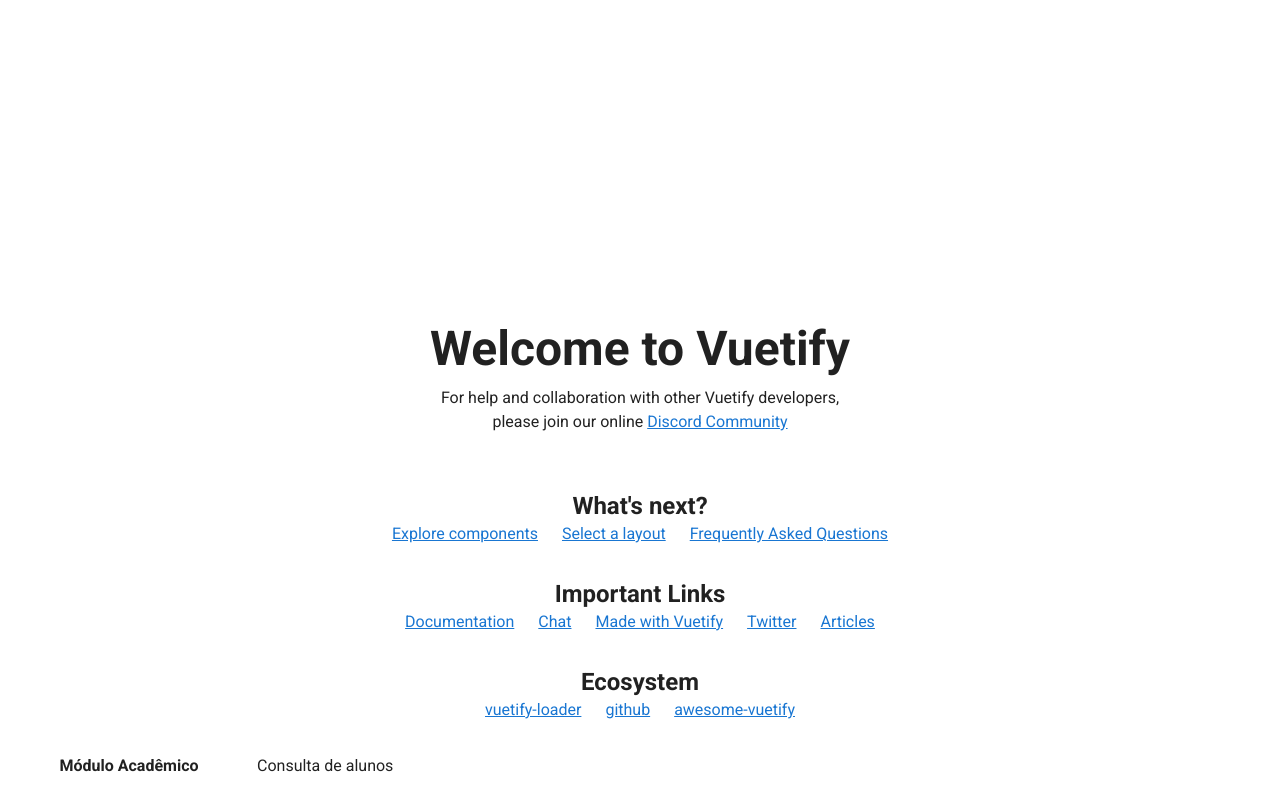
Repository: sergiohidekiono/vue-student
Page: /
The author's editor kept a copy of each file at every save. The page is drawn from the files as they stood at one save, then again after the next save.
The browser window is 1280 px wide. The pictures show the whole page.
The project was rebuilt for these pictures with package versions that can differ from the ones it lists, and the page was loaded fresh each time. Also part of the build but not shown: vue.config.js.

Above is the page before, as saved 2024-08-07 09:10:37.

After the next save:
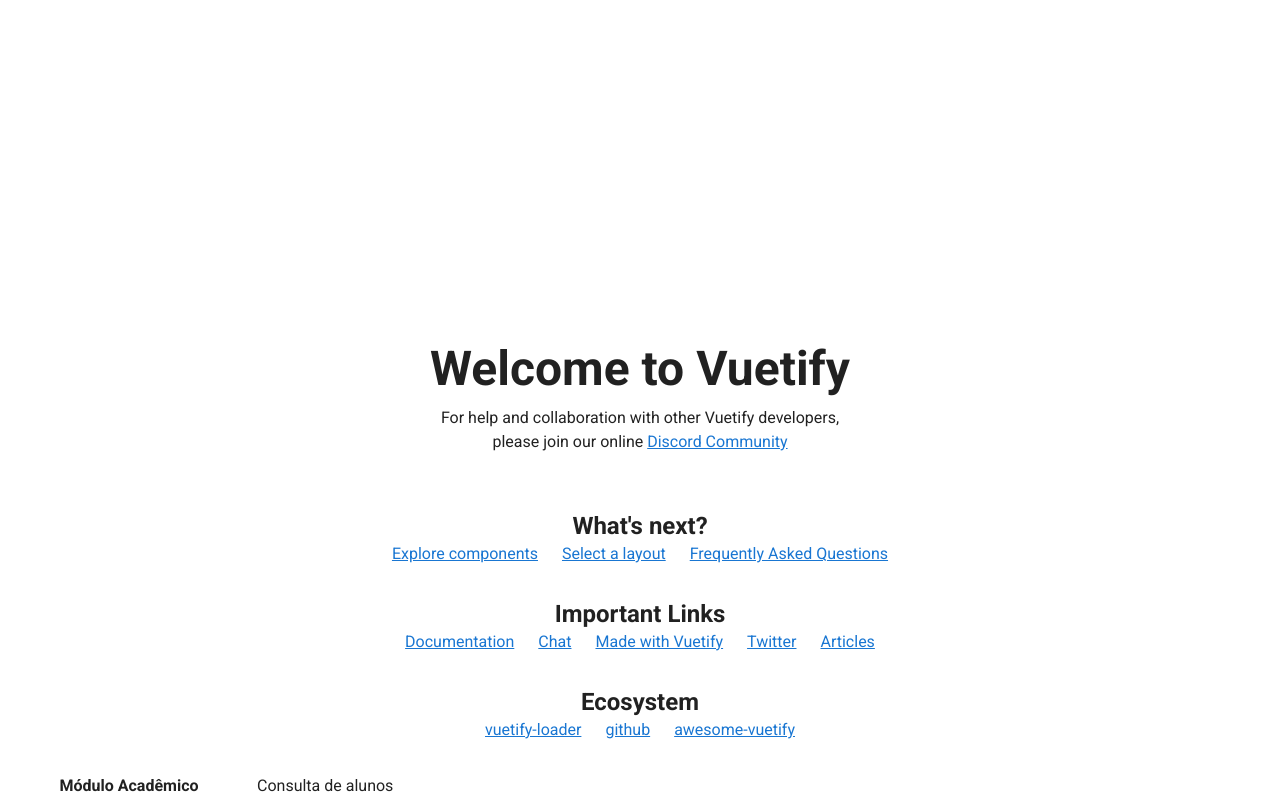
Saved 4 s later.
--- a/src/App.vue
+++ b/src/App.vue
@@ -1,7 +1,7 @@
 <template>
   <v-app>
     <div class="d-flex align-start">
-      <v-img :src="require('./assets/logo.png')" class="my-3" contain height="40" />
+      <v-img :src="require('./assets/logo.png')" class="my-3" contain height="60" />
     </div>
 
     <v-main>
